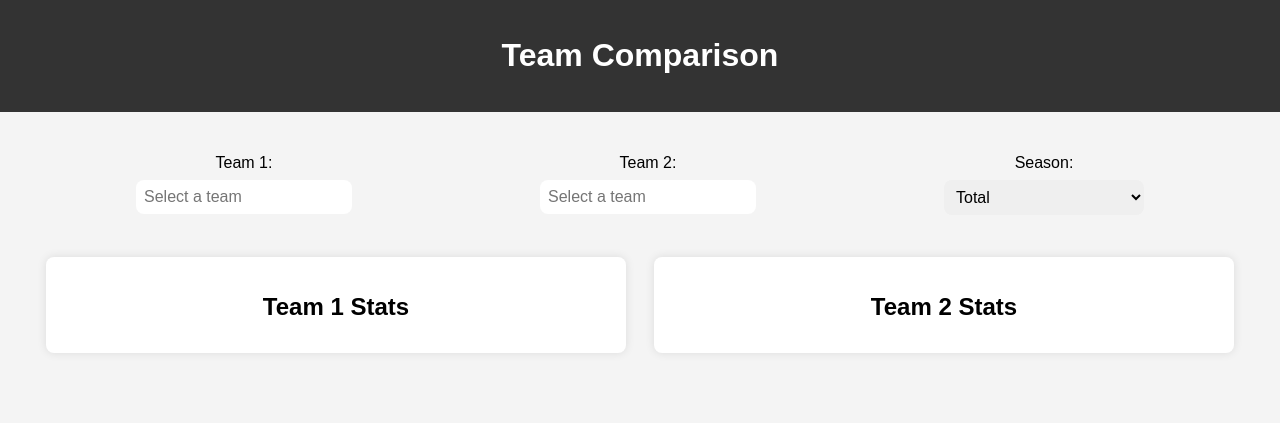
Repository: Enzo-py/dataviz-project-m1
Page: stat_page.html
An editor plug-in stored every save of this project. The page is shown before and after the next save, followed by the edit.
The browser window is 1280 px wide. The pictures show the whole page.
Some web fonts or font styles are not loaded; a fallback is used.

Above is the page before, as saved 2024-12-12 15:42:30.

After the next save:
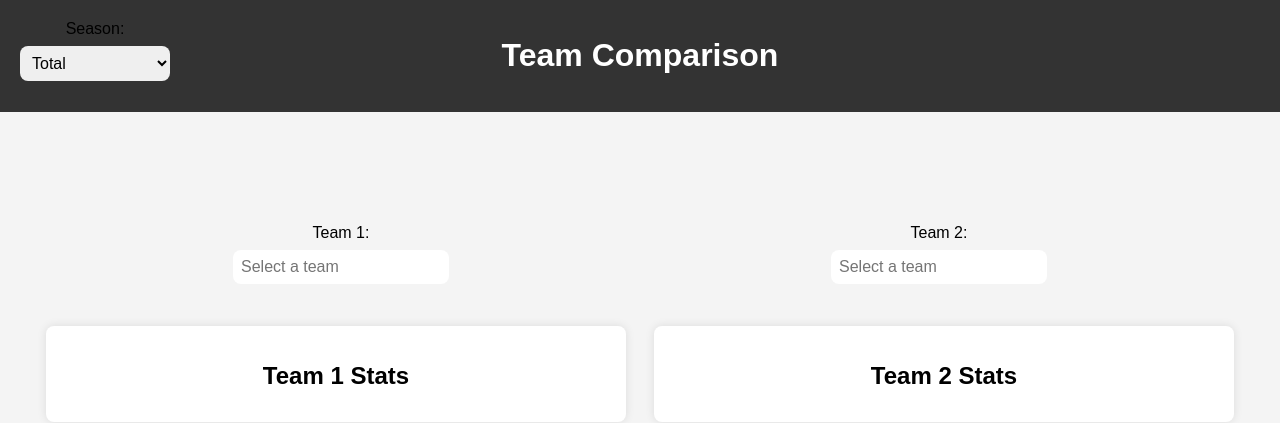
Saved 56 s later.
--- a/stat_page.html
+++ b/stat_page.html
@@ -10,6 +10,15 @@
     <link rel="preload" href="https://fonts.googleapis.com/css2?family=Material+Symbols+Outlined:opsz,wght,FILL,GRAD@20..48,100..700,0..1,-50..200&" as="style" onload="this.onload=null;this.rel='stylesheet'">
 </head>
 <body>
+    <div class="season">
+        <label for="season">Season:</label>
+        <select id="season">
+            <option value="total">Total</option>
+            <option value="2021">2021</option>
+            <option value="2022">2022</option>
+            <option value="2023">2023</option>
+        </select>
+    </div>
     <header>
         <h1>Team Comparison</h1>
     </header>
@@ -22,15 +31,6 @@
             <div class="team">
                 <label for="team2">Team 2:</label>
                 <input type="text" id="team2" list="teams" placeholder="Select a team">
-            </div>
-            <div class="season">
-                <label for="season">Season:</label>
-                <select id="season">
-                    <option value="total">Total</option>
-                    <option value="2021">2021</option>
-                    <option value="2022">2022</option>
-                    <option value="2023">2023</option>
-                </select>
             </div>
             <datalist id="teams">
                 <!-- Options will be populated dynamically -->
--- a/style_stat_page.css
+++ b/style_stat_page.css
@@ -14,6 +14,7 @@ header {
 
 main {
     padding: 2rem;
+    margin-top: 70px; /* Add top margin to prevent overlap */
 }
 
 div.team-selection {
@@ -46,6 +47,33 @@ div.team-selection {
     box-shadow: 0 3px 3px 0 var(--shadow-color);
 }
 
+.season {
+    position: fixed;
+    top: 10px;
+    left: 10px;
+    background-color: var(--background-color);
+    border: solid 2px var(--secondary-color);
+    padding: 10px;
+    border-radius: 8px;
+    box-shadow: 0 3px 3px 0 var(--shadow-color);
+    display: flex;
+    flex-direction: column;
+    align-items: center;
+}
+
+.season label {
+    margin-bottom: 0.5rem;
+}
+
+.season select {
+    padding: 0.5rem;
+    font-size: 1rem;
+    width: 150px;
+    border: solid 2px var(--secondary-color);
+    border-radius: 8px;
+    box-shadow: 0 3px 3px 0 var(--shadow-color);
+}
+
 .comparison-results {
     display: flex;
     justify-content: space-around;
